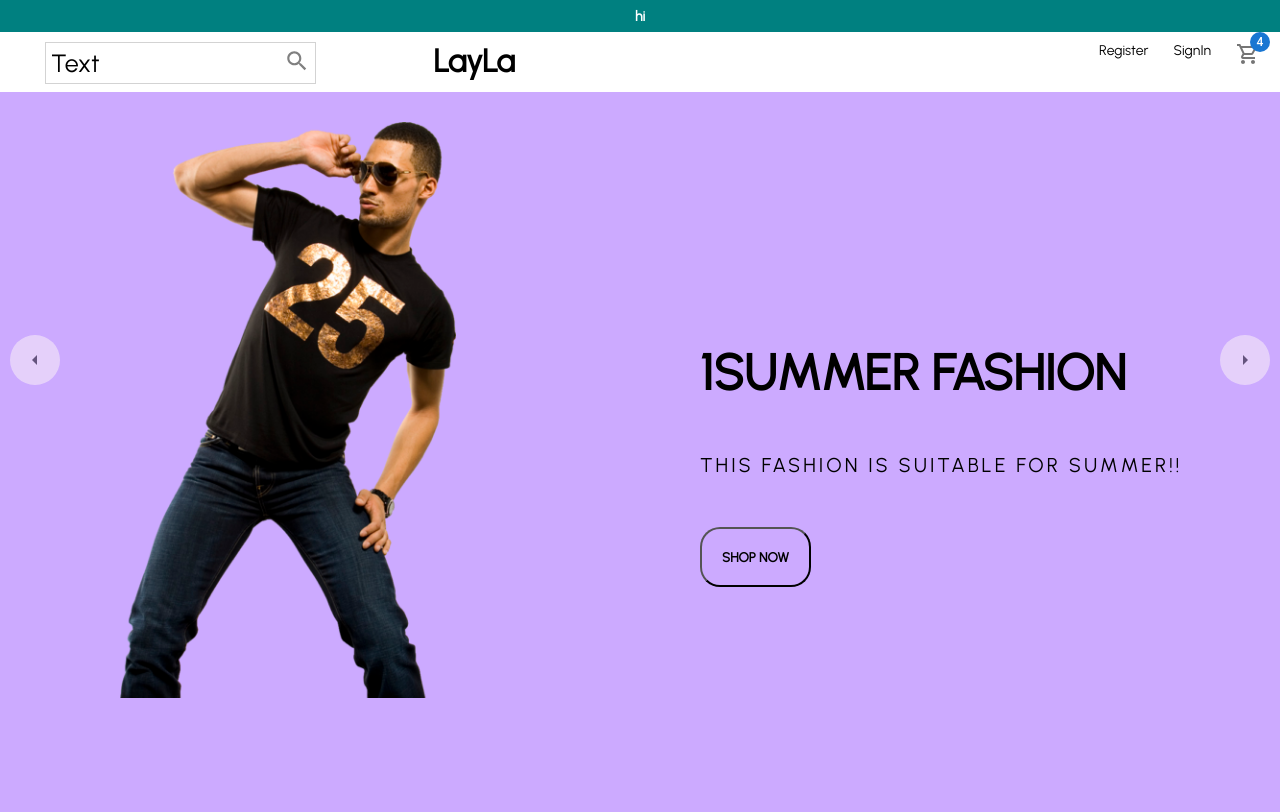
Repository: WaiMaungMaung/React_Ecom
Page: /
The author's editor kept a copy of each file at every save. The page is drawn from the files as they stood at one save, then again after the next save.
The browser window is 1280 px wide. The pictures show the whole page.
The project was rebuilt for these pictures with package versions that can differ from the ones it lists, and the page was loaded fresh each time.

Above is the page before, as saved 2022-05-06 16:19:08.

### public/index.html
<!DOCTYPE html>
<html lang="en">
  <head>
    <meta charset="utf-8" />
    <link rel="icon" href="%PUBLIC_URL%/favicon.ico" />

    <link
      href="https://fonts.googleapis.com/css2?family=Urbanist&display=swap"
      rel="stylesheet"
    />

    <style>
      * {
        margin: 0;
        font-family: "Urbanist", sans-serif;
      }
    </style>
    <title>React App</title>
  </head>
  <body>
    <noscript>You need to enable JavaScript to run this app.</noscript>
    <div id="root"></div>
  </body>
</html>

### src/pages/Home.jsx
import React from "react";
import Announcements from "../components/Announcements";
import Categories from "../components/Categories";
import NavBar from "../components/NavBar";
import Slider from "../components/Slider";
const Home = () => {
  return (
    <div>
      <Announcements />

      <NavBar />
      <Slider />

      <Categories />
    </div>
  );
};

export default Home;

### src/components/Announcements.jsx
import styled from "@emotion/styled";
const Container = styled.div`
  background-color: teal;
  height: 32px;
  display: flex;
  align-items: center;
  justify-content: center;
  color: white;
  font-size: 14px;
  font-weight: bold;
`;

const Announcements = () => {
  return <Container>hi</Container>;
};

export default Announcements;

### src/components/Categories.jsx
import styled from "@emotion/styled";
import React from "react";
import CategoriesItem from "./CategoriesItem";
import { categories } from "./data";

const Container = styled.div``;
const Categories = () => {
  return <Container></Container>;
};

export default Categories;

### src/components/NavBar.jsx
import { Search, ShoppingCartOutlined } from "@material-ui/icons";
import React from "react";
import styled from "styled-components";
import { Badge } from "@mui/material";
const Container = styled.div`
  height: 60px;
`;

const Wrapper = styled.div`
  padding: 10px 20px;
  align-item: center;
  display: flex;
  justify-content: space-between;
`;

const SearchContainer = styled.div`
  border: 0.5px solid lightgray;
  margin-left: 25px;
  display: flex;
  align-item: center;
  padding: 5px;
`;
const Input = styled.input`
  border: none;
  margin-left: 20px;
  font-size: 14px;
`;

const Language = styled.span`
  font-size: 25px;
  cursor: pointer;
`;
const Left = styled.div`
  flex: 1;
  display: flex;
`;

const Center = styled.div`
  flex: 1;
`;

const Logo = styled.h1`
  font-weight: bold;
`;

const MenuItem = styled.div`
  font-size: 14px;
  cursor: pointer;
  align-item: center;
  margin-left: 25px;
`;
const Right = styled.div`
  flex: 1;
  display: flex;
  align-item: center;
  justify-content: flex-end;
`;
const NavBar = () => {
  return (
    <Container>
      <Wrapper>
        <Left>
          <SearchContainer>
            <Language>Text</Language>
            <Input />
            <Search style={{ color: "grey", fontSize: "26px" }} />
          </SearchContainer>
        </Left>
        <Center>
          <Logo>LayLa</Logo>
        </Center>
        <Right>
          <MenuItem>Register</MenuItem>
          <MenuItem>SignIn</MenuItem>

          <MenuItem>
            <Badge badgeContent={4} color="primary">
              <ShoppingCartOutlined color="action" />
            </Badge>
          </MenuItem>
        </Right>
      </Wrapper>
    </Container>
  );
};

export default NavBar;

### src/components/Slider.jsx
import styled from "@emotion/styled";
import { ArrowLeftOutlined, ArrowRightOutlined } from "@material-ui/icons";
import React, { useState } from "react";
import { sliderItems } from "./data";
const Container = styled.div`
  width: 100%;
  height: 100vh;
  display: flex;
  overflow: hidden;
`;
const Arrow = styled.div`
  width: 50px;
  height: 50px;
  background-color: #fff7f7;
  border-radius: 50%;
  display: flex;
  align-items: center;
  justify-content: center;
  position: absolute;
  top: 0;
  bottom: 0;
  margin: auto;
  cursor: pointer;
  opacity: 0.5;
  left: ${(props) => props.direction === "left" && "10px"};
  right: ${(props) => props.direction === "right" && "10px"};
  z-index: 2;
`;
const Slide = styled.div`
  display: flex;
  height: 100vh;
  width: 100vw;
  align-item: center;
  background-color: ${(props) => props.bg};
`;

const Image = styled.img`
  height: 80%;
`;
const ImgContainer = styled.div`
  height: 100%;
  margin-left: 120px;
  margin-top: 30px;
  flex: 1;
`;
const Wrapper = styled.div`
  height: 100%;
  display: flex;
  transition: all 1.5s ease;
  transform: translateX(${(props) => props.slideIndex * -100}vw);
`;
const InfoContainer = styled.div`
  flex: 1;
  padding-top: 250px;
`;

const Title = styled.h1`
  font-size: 50px;
`;
const Desc = styled.p`
  margin: 50px 0;
  font-size: 20px;
  font-weight: 500;
  letter-spacing: 3px;
`;
const Button = styled.button`
  padding: 20px;
  background-color: transparent;
  font-weight: bolder;
  border-radius: 20px;
`;
const Slider = () => {
  const [slideIndex, setSldeIndex] = useState(0);
  const handleClick = (direction) => {
    if (direction === "left") {
      setSldeIndex(slideIndex > 0 ? slideIndex - 1 : 2);
    } else {
      setSldeIndex(slideIndex < 2 ? slideIndex + 1 : 0);
    }
  };
  return (
    <Container>
      <Arrow direction="left" onClick={() => handleClick("left")}>
        <ArrowLeftOutlined />
      </Arrow>
      <Wrapper slideIndex={slideIndex}>
        {sliderItems.map((item) => (
          <Slide bg={item.bg}>
            <ImgContainer>
              <Image src={item.img} />
            </ImgContainer>
            <InfoContainer>
              <Title>
                {item.id}
                {item.title}
              </Title>
              <Desc>{item.desc}</Desc>
              <Button>SHOP NOW</Button>
            </InfoContainer>
          </Slide>
        ))}
      </Wrapper>
      <Arrow direction="right" onClick={() => handleClick("right")}>
        <ArrowRightOutlined />
      </Arrow>
    </Container>
  );
};

export default Slider;

### src/components/data.js
export const sliderItems = [
  {
    id: 1,
    img: require("../img/clothes.png"),
    title: "SUMMER FASHION",
    desc: "THIS FASHION IS SUITABLE FOR SUMMER!!",
    bg: "#ccaaff",
  },
  {
    id: 2,
    img: require("../img/man2.png"),
    title: "WINTER FASHIHON",
    desc: "YOUR CHOICES FOR THIS WINER!!",
    bg: "#ffaacc",
  },
  {
    id: 3,
    img: require("../img/man3.png"),

    title: "RAINY SEASON",
    desc: "WHEN THERE IS CLOUDY IN YOUR AREA",
    bg: "#aaffcc",
  },
];

export const categories = [
  {
    id: 1,
    img: "https://images.pexels.com/photos/5886041/pexels-photo-5886041.jpeg?auto=compress&cs=tinysrgb&dpr=2&h=650&w=940",
    title: "SHIRT STYLE!",
  },
  {
    id: 2,
    img: "https://images.pexels.com/photos/2983464/pexels-photo-2983464.jpeg?auto=compress&cs=tinysrgb&dpr=2&h=650&w=940",
    title: "LOUNGEWEAR LOVE",
  },
  {
    id: 3,
    img: "https://images.pexels.com/photos/5480696/pexels-photo-5480696.jpeg?auto=compress&cs=tinysrgb&dpr=2&w=500",
    title: "LIGHT JACKETS",
  },
];

export const popularProducts = [
  {
    id: 1,
    img: "https://d3o2e4jr3mxnm3.cloudfront.net/Mens-Jake-Guitar-Vintage-Crusher-Tee_68382_1_lg.png",
  },
  {
    id: 2,
    img: "https://cdn.shopify.com/s/files/1/0101/4832/products/Angela_Natural_Tee.png?v=1606780388",
  },
  {
    id: 3,
    img: "https://www.prada.com/content/dam/pradanux_products/U/UCS/UCS319/1YOTF010O/UCS319_1YOT_F010O_S_182_SLF.png",
  },
  {
    id: 4,
    img: "https://www.burdastyle.com/pub/media/catalog/product/cache/7bd3727382ce0a860b68816435d76e26/107/BUS-PAT-BURTE-1320516/1170x1470_BS_2016_05_132_front.png",
  },
  {
    id: 5,
    img: "https://images.ctfassets.net/5gvckmvm9289/3BlDoZxSSjqAvv1jBJP7TH/65f9a95484117730ace42abf64e89572/Noissue-x-Creatsy-Tote-Bag-Mockup-Bundle-_4_-2.png",
  },
  {
    id: 6,
    img: "https://d3o2e4jr3mxnm3.cloudfront.net/Rocket-Vintage-Chill-Cap_66374_1_lg.png",
  },
  {
    id: 7,
    img: "https://www.vintageindustries.nl/download_front/qympzk1762/2217_Arrow_Jacket_Forest.png",
  },
  {
    id: 8,
    img: "https://www.pngarts.com/files/3/Women-Jacket-PNG-High-Quality-Image.png",
  },
];

### src/components/CategoriesItem.jsx
import React from "react";

const CategoriesItem = (props) => {
  return <div>props.id</div>;
};

export default CategoriesItem;

Loaded but not shown: src/index.js (common file); src/App.js (common file)

After the next save:
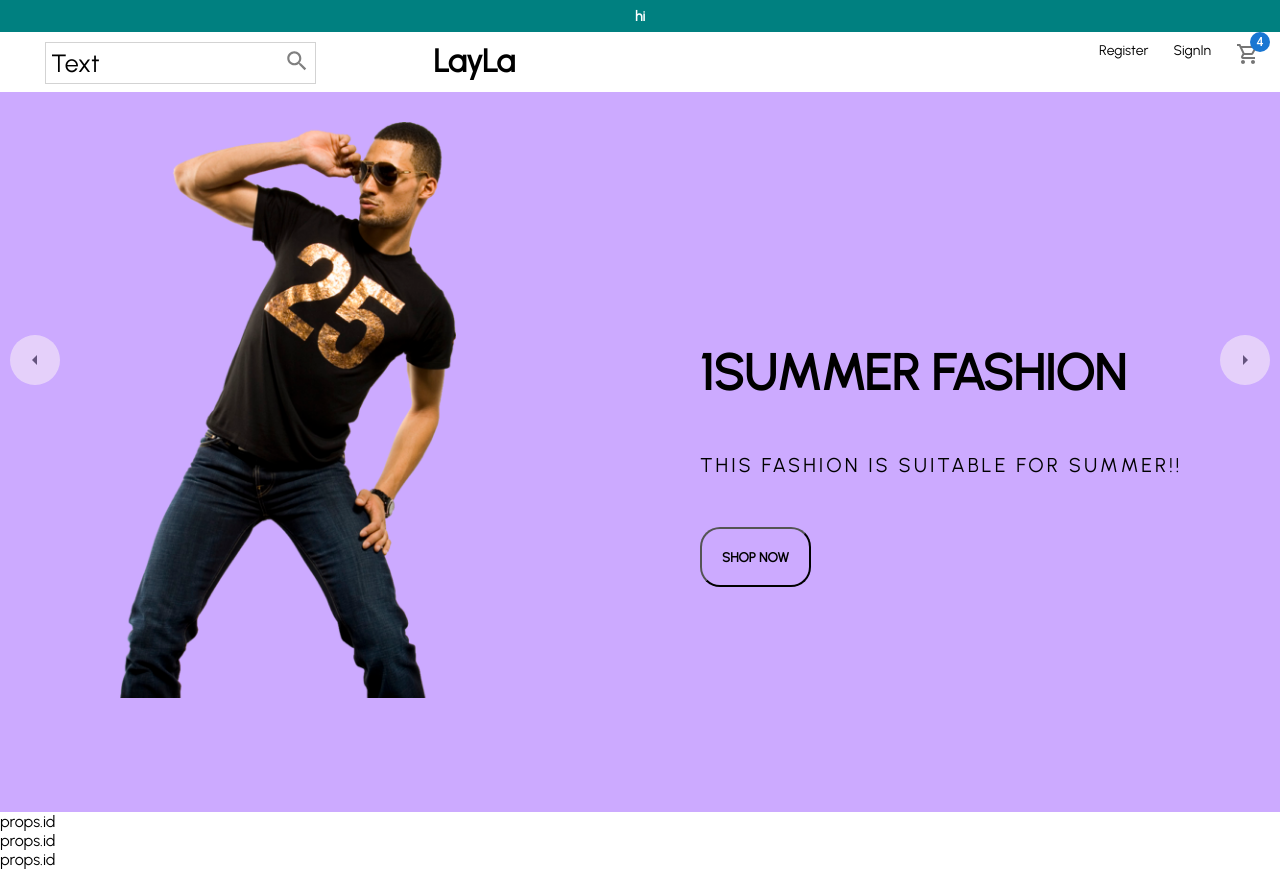
Saved 53 s later.
--- a/src/components/Categories.jsx
+++ b/src/components/Categories.jsx
@@ -5,7 +5,13 @@ import { categories } from "./data";
 
 const Container = styled.div``;
 const Categories = () => {
-  return <Container></Container>;
+  return (
+    <Container>
+      {categories.map((item) => (
+        <CategoriesItem item={item}></CategoriesItem>
+      ))}
+    </Container>
+  );
 };
 
 export default Categories;

After the save that followed:
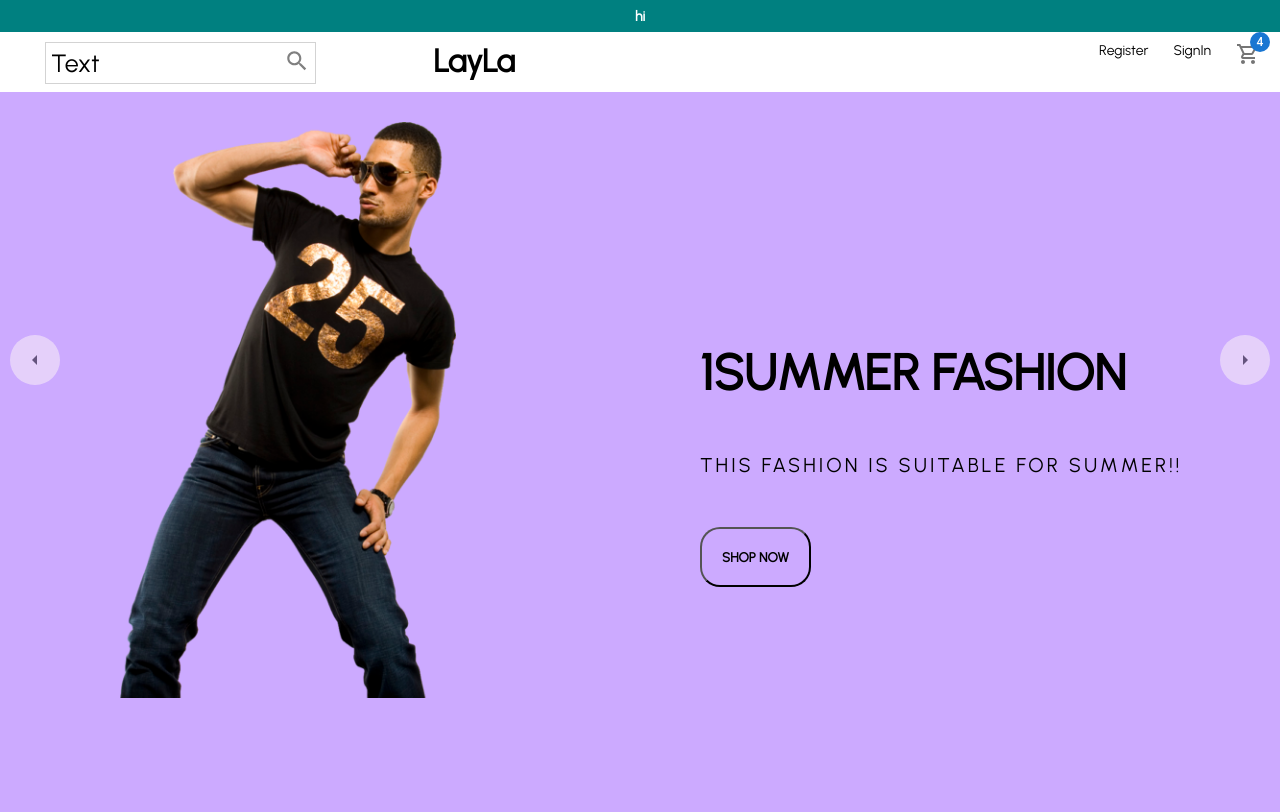
Saved 15 s later.
--- a/src/components/CategoriesItem.jsx
+++ b/src/components/CategoriesItem.jsx
@@ -1,7 +1,7 @@
 import React from "react";
 
 const CategoriesItem = (props) => {
-  return <div>props.id</div>;
+  return <div>{props.id}</div>;
 };
 
 export default CategoriesItem;
